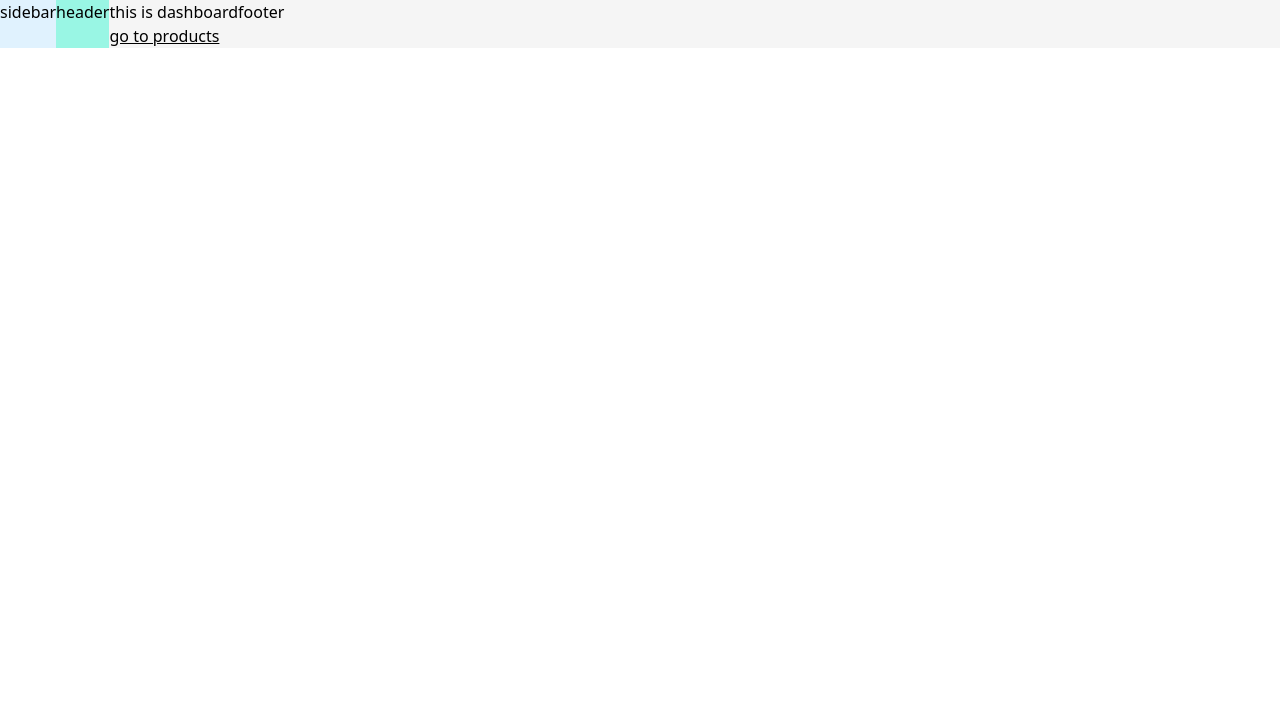
Repository: Mayar2222/Dashboard
Page: /
These files come from the project's save history. The page is drawn as it stood at one moment and after a run of saves; the edit follows.
The browser window is 1280 px wide. The pictures show the whole page.
The project was rebuilt for these pictures with package versions that can differ from the ones it lists, and the page was loaded fresh each time. Also part of the build but not shown: src/components/Products.jsx.

Above is the page before, as saved 2024-07-17 20:36:51.

After the next 3 saves:
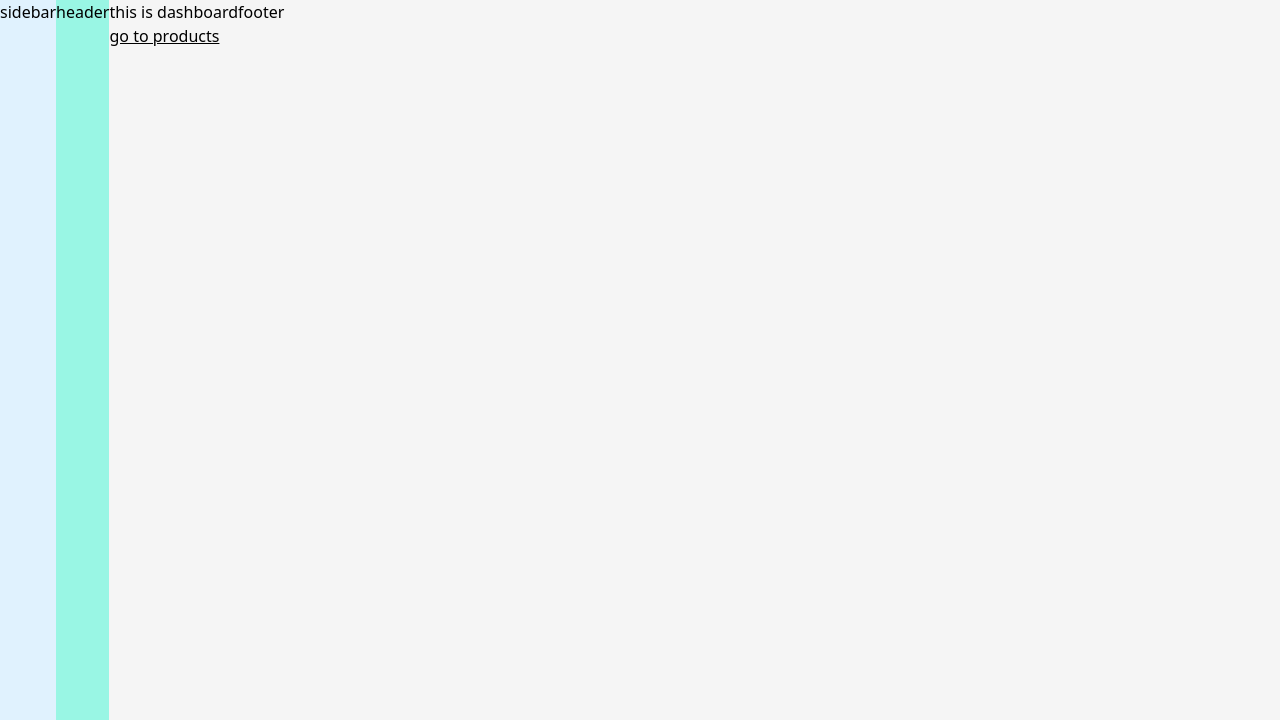
The 3 saves are shown as one change because they came seconds apart.
The last was saved 9 s later.
--- a/src/components/shared/Layout.jsx
+++ b/src/components/shared/Layout.jsx
@@ -2,7 +2,7 @@ import React from 'react'
 import { Outlet } from 'react-router-dom'
 export default function Layout() {
   return (
-    <div className='flex flex-row bg-neutral-100 h'>
+    <div className='flex flex-row bg-neutral-100 h-screen w-'>
       <div  className='bg-sky-100'>sidebar</div>
       <div className='bg-teal-200'>header</div>
       <div>{<Outlet/>}</div>
